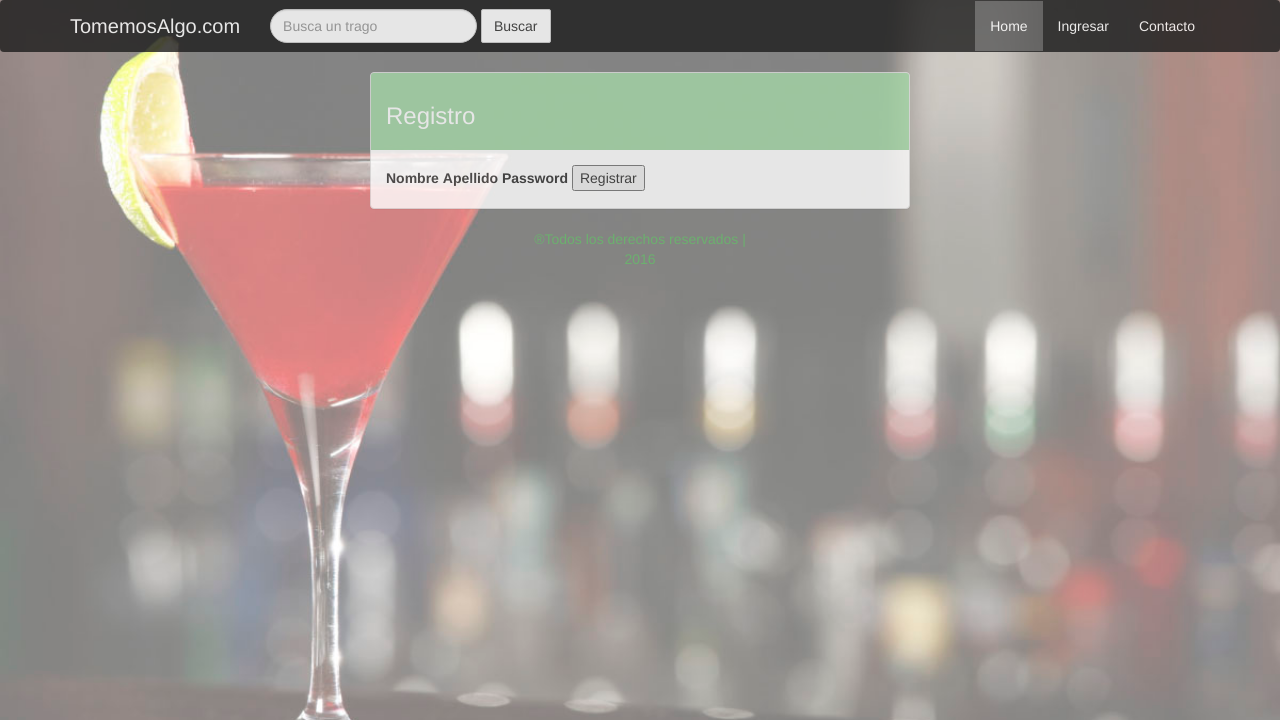
Repository: MaxiAven/TallerWebJava
Page: http://localhost/proyecto-base-spring/WEB-INF/jsp/registro.jsp
The author's editor kept a copy of each file at every save. The page is drawn from the files as they stood at one save, then again after the next save.
The browser window is 1280 px wide. The pictures show the whole page.
Some web libraries are served in a nearby version. The page is served by Tomcat 9. Nobody is signed in. The template is opened directly, without the code that normally fills it, so the values that code supplies are empty.

Above is the page before, as saved 2016-10-10 18:06:24.

After the next save:
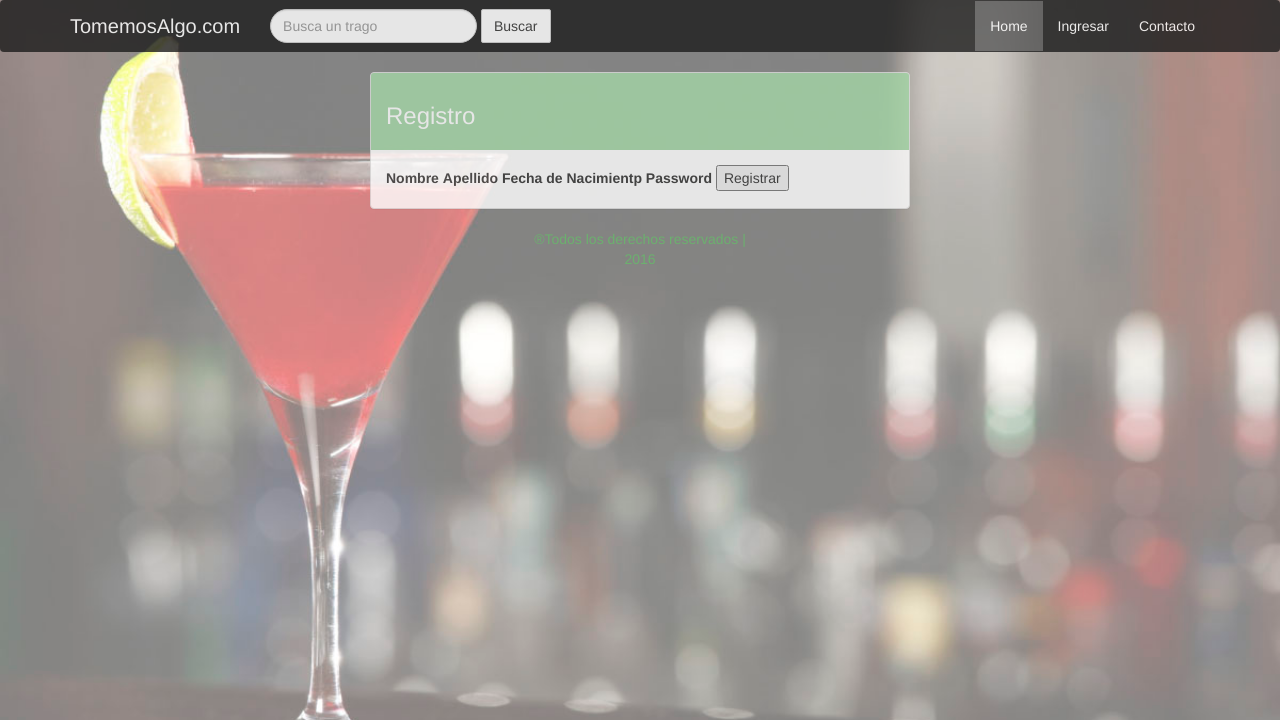
Saved 42 s later.
--- a/proyecto-base-spring/src/main/webapp/WEB-INF/jsp/registro.jsp
+++ b/proyecto-base-spring/src/main/webapp/WEB-INF/jsp/registro.jsp
@@ -66,6 +66,9 @@
 					<label for="apellido">Apellido</label>
 					<form:input path="apellido" id="apellido" type="text" placeholder="Ingrese Apellido" />
 
+					<label for="password">Fecha de Nacimientp</label>
+					<form:input path="text" id="fecha" type="fecha" placeholder="Ingrese Fecha" />
+
 					<label for="password">Password</label>
 					<form:input path="password" id="password" type="password" placeholder="Ingrese Password" />
 					<input type="submit" value="Registrar">
